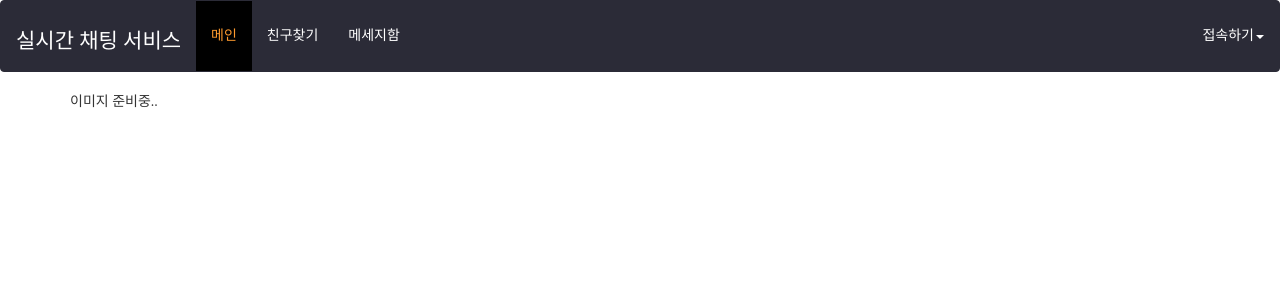
Repository: kkoseunghyun/javaAjaxChat
Page: http://localhost/UserChat/
The author's editor kept a copy of each file at every save. The page is drawn from the files as they stood at one save, then again after the next save.
The browser window is 1280 px wide. The pictures show the whole page.
Some web fonts or font styles are not loaded; a fallback is used. Some web libraries are served in a nearby version. The page is served by Tomcat 9.

Above is the page before, as saved 2019-05-31 01:59:15.

After the next save:
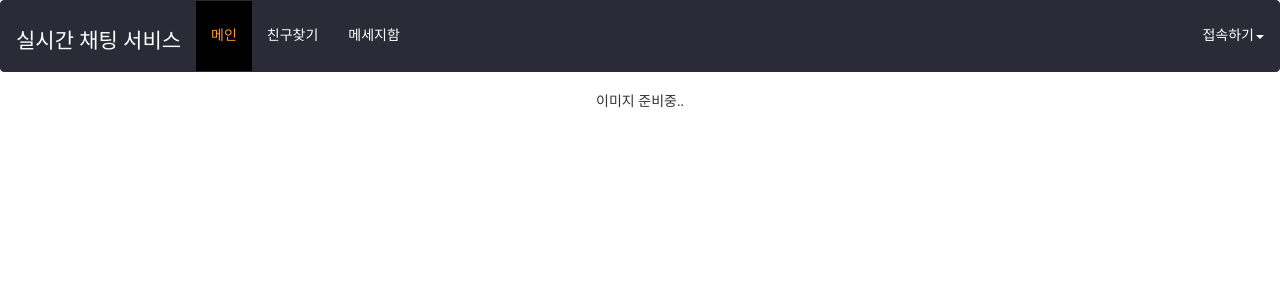
Saved 90 s later.
--- a/JspAjax/UserChat/WebContent/index.jsp
+++ b/JspAjax/UserChat/WebContent/index.jsp
@@ -96,7 +96,9 @@
 		</div>
 	</nav>
 	<div class="container">
-		<p>이미지 준비중..</p>
+		<div style="width:100%; height:100%; text-align: center;">
+			<p>이미지 준비중..</p>
+		</div>
 	</div>
 	<%
 		/*
